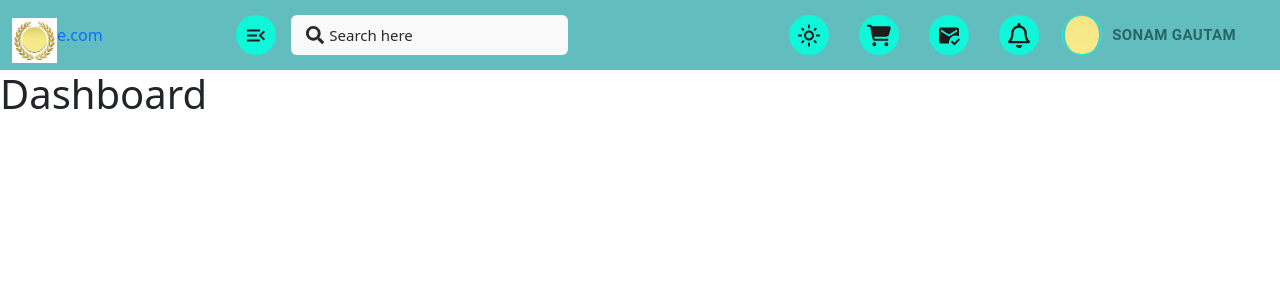
Repository: gautamsonam011/admin-react-dashboard
Page: /
The author's editor kept a copy of each file at every save. The page is drawn from the files as they stood at one save, then again after the next save.
The browser window is 1280 px wide. The pictures show the whole page.
The project was rebuilt for these pictures with package versions that can differ from the ones it lists, and the page was loaded fresh each time.

Above is the page before, as saved 2025-04-14 15:16:43.

After the next save:
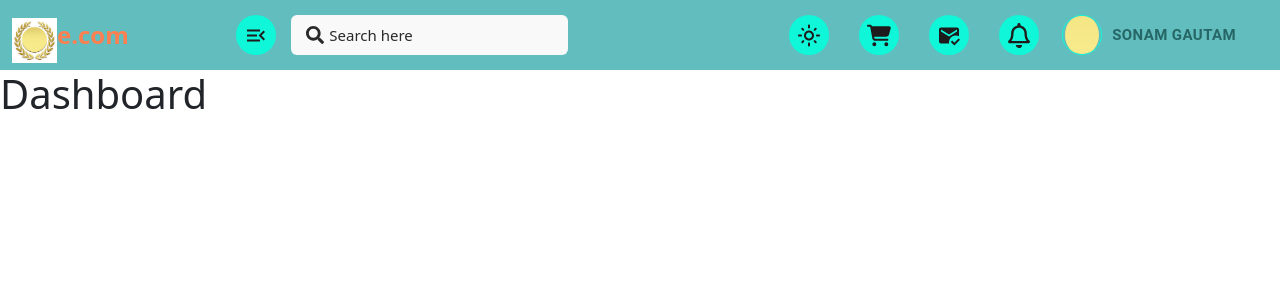
Saved 20 h 56 min later.
--- a/src/components/Header/index.jsx
+++ b/src/components/Header/index.jsx
@@ -47,7 +47,7 @@ const Header = () => {
                         <div className="col-sm-2">
                             <Link to="/" className="d-flex align-items-center logo">
                                 <img src={logo} alt="logo" />
-                                <spam className="ml-2">e.com</spam>
+                                <span className="ml-2">e.com</span>
                             </Link>
                         </div>
                         <div className="col-sm-3 d-flex align-items-center pl-4">
